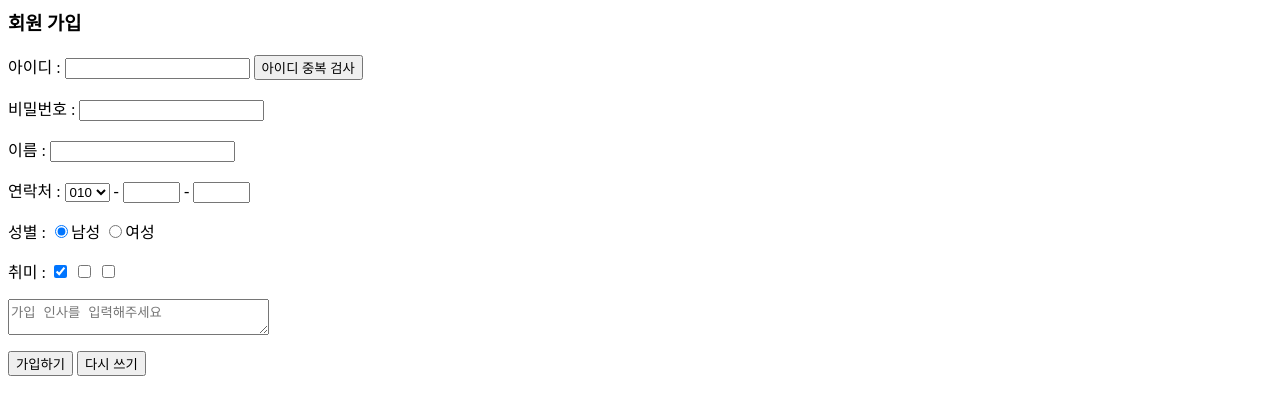
Repository: pojh5090/JspProgramming
Page: http://localhost/JSPBook/ch06/form5.jsp
These files come from the project's save history. The page is drawn as it stood at one moment and after the next save; the edit follows.
The browser window is 1280 px wide. The pictures show the whole page.
The page is served by Tomcat 9.

Above is the page before, as saved 2020-04-12 08:24:12.

After the next save:
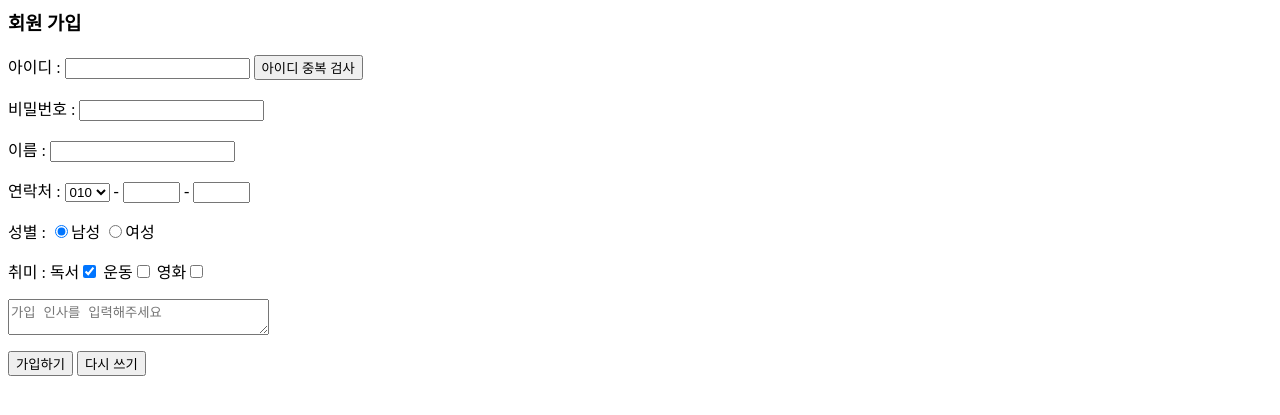
Saved 35 s later.
--- a/JSPBook/WebContent/ch06/form5.jsp
+++ b/JSPBook/WebContent/ch06/form5.jsp
@@ -21,9 +21,9 @@
 				 </select>
 				  - <input type="text" maxlength="4" size="4" name="phone2"> - <input type="text" maxlength="4" size="4" name="phone3">
 		 <p> 성별 : <input type="radio" name="sex" value="남성" checked>남성 <input type="radio" name="sex" value="여성">여성
-		 <p> 취미 : <input type="checkbox" name="hobby1" value="독서" checked>
-		 		  <input type="checkbox" name="hobby2" value="운동">
-		 		  <input type="checkbox" name="hobby3" value="영화">
+		 <p> 취미 : 독서<input type="checkbox" name="hobby1" value="독서" checked>
+		 		  운동<input type="checkbox" name="hobby2" value="운동">
+		 		  영화<input type="checkbox" name="hobby3" value="영화">
 		 <p> <textarea name="comment" cols="30" row="10" placeholder="가입 인사를 입력해주세요"></textarea>
 		 <p> <input type="submit" value="가입하기">
 		 	 <input type="reset" value="다시 쓰기">
